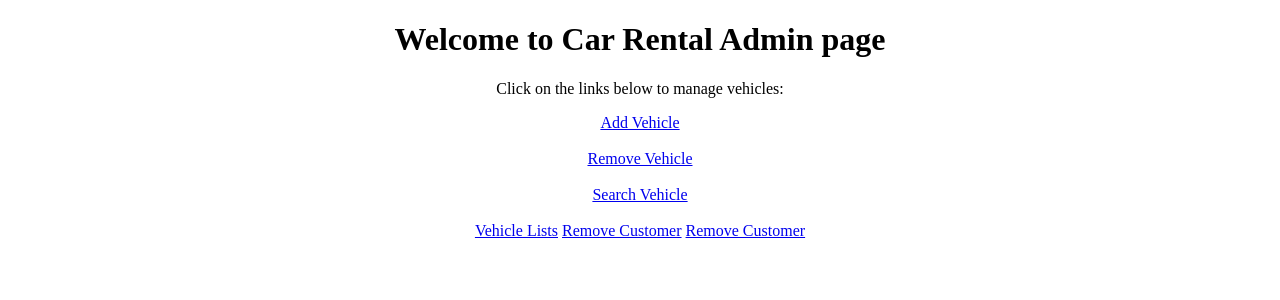
Repository: harsh23012/InfiniteProjects
Page: CarRent/carrent/src/main/webapp/AdminPage.html
An editor plug-in stored every save of this project. The page is shown before and after the next save, followed by the edit.
The browser window is 1280 px wide. The pictures show the whole page.

Above is the page before, as saved 2025-05-04 11:18:16.

### CarRent/carrent/src/main/webapp/AdminPage.html
<!DOCTYPE html>
<html>
<head>
<meta charset="UTF-8">
<title>Insert title here</title>
</head>
<body>
	<center>

	 	<h1>Welcome to Car Rental Admin page</h1>

        <p>Click on the links below to manage vehicles:</p>
		  <!-- Link to add vehicle page -->
        <a href="AddVehicle.html">Add Vehicle</a><br><br>

        <!-- Link to remove vehicle page -->
        <a href="RemoveVehicle.html">Remove Vehicle</a><br><br>

                <!-- Link to search vehicle page -->
        <a href="SearchVehicle.html">Search Vehicle</a><br><br>

        <!-- Link to list of available vehicle page -->
        <a href="AvailVehicle.html">Vehicle Lists</a>

        <!-- Link to remove Customer -->
        <a href="RemoveCustomer.html">Remove Customer</a>

        <!-- Link to Find Customer -->
        <a href="SearchCustomer.html">Remove Customer</a>


	</center>


</body>
</html>

After the next save:
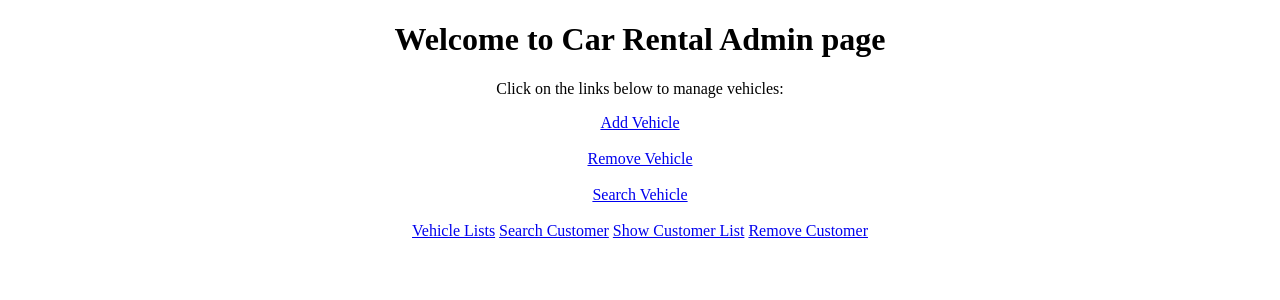
Saved 65 s later.
--- a/CarRent/carrent/src/main/webapp/AdminPage.html
+++ b/CarRent/carrent/src/main/webapp/AdminPage.html
@@ -22,13 +22,14 @@
         <!-- Link to list of available vehicle page -->
         <a href="AvailVehicle.html">Vehicle Lists</a>
 
+        <!-- Link to Find Customer -->
+        <a href="SearchCustomer.html">Search Customer</a>
+
+        <!-- Link to Show Customer List -->
+        <a href="CustomerList.html">Show Customer List</a>
+
         <!-- Link to remove Customer -->
         <a href="RemoveCustomer.html">Remove Customer</a>
-
-        <!-- Link to Find Customer -->
-        <a href="SearchCustomer.html">Remove Customer</a>
-
-
 	</center>
 
 
